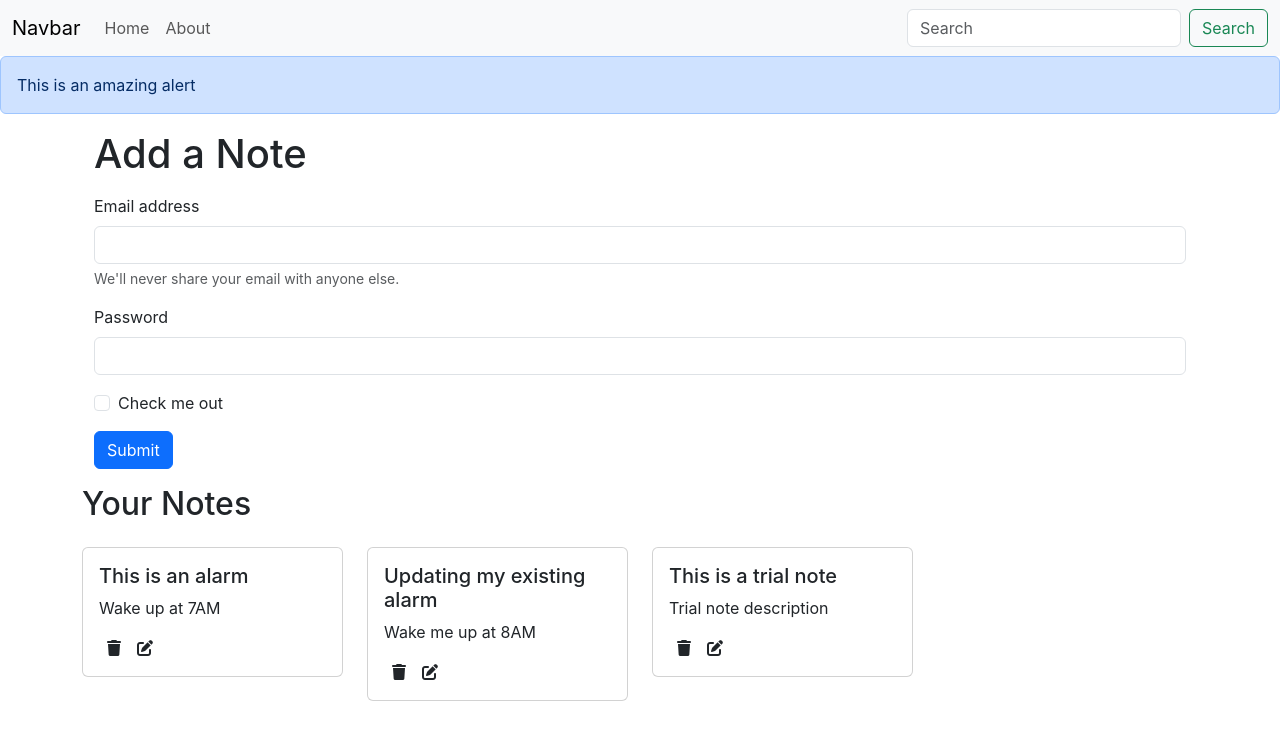
Repository: bhaveshdaipuria/inotebook
Page: /home
An editor plug-in stored every save of this project. The page is shown before and after the next save, followed by the edit.
The browser window is 1280 px wide. The pictures show the whole page.
Some web libraries are served in a nearby version. The project was rebuilt for these pictures with package versions that can differ from the ones it lists, and the page was loaded fresh each time. Also part of the build but not shown: src/App.css, src/components/About.js.

Above is the page before, as saved 2023-05-03 16:36:37.

### public/index.html
<!DOCTYPE html>
<html lang="en">
  <head>
    <meta charset="utf-8" />
    <link rel="icon" href="%PUBLIC_URL%/favicon.ico" />
    <meta name="viewport" content="width=device-width, initial-scale=1" />
    <meta name="theme-color" content="#000000" />
    <meta
      name="description"
      content="Web site created using create-react-app"
    />
    <link rel="apple-touch-icon" href="%PUBLIC_URL%/logo192.png" />
    <link href="https://cdn.jsdelivr.net/npm/bootstrap@5.3.0-alpha3/dist/css/bootstrap.min.css" rel="stylesheet" integrity="sha384-KK94CHFLLe+nY2dmCWGMq91rCGa5gtU4mk92HdvYe+M/SXH301p5ILy+dN9+nJOZ" crossorigin="anonymous">
    <!--
      manifest.json provides metadata used when your web app is installed on a
      user's mobile device or desktop. See https://developers.google.com/web/fundamentals/web-app-manifest/
    -->
    <link rel="manifest" href="%PUBLIC_URL%/manifest.json" />
    <!--
      Notice the use of %PUBLIC_URL% in the tags above.
      It will be replaced with the URL of the `public` folder during the build.
      Only files inside the `public` folder can be referenced from the HTML.

      Unlike "/favicon.ico" or "favicon.ico", "%PUBLIC_URL%/favicon.ico" will
      work correctly both with client-side routing and a non-root public URL.
      Learn how to configure a non-root public URL by running `npm run build`.
    -->
    <title>iNotebook</title>
  </head>
  <body>
    <noscript>You need to enable JavaScript to run this app.</noscript>
    <div id="root"></div>
    <script src="https://kit.fontawesome.com/f3b880b74e.js" crossorigin="anonymous"></script>
    <!--
      This HTML file is a template.
      If you open it directly in the browser, you will see an empty page.

      You can add webfonts, meta tags, or analytics to this file.
      The build step will place the bundled scripts into the <body> tag.

      To begin the development, run `npm start` or `yarn start`.
      To create a production bundle, use `npm run build` or `yarn build`.
    -->
  </body>
  <script src="https://cdn.jsdelivr.net/npm/bootstrap@5.3.0-alpha3/dist/js/bootstrap.bundle.min.js" integrity="sha384-ENjdO4Dr2bkBIFxQpeoTz1HIcje39Wm4jDKdf19U8gI4ddQ3GYNS7NTKfAdVQSZe" crossorigin="anonymous"></script>
</html>

### src/App.js
import './App.css';
import Navbar from './components/Navbar';
import Home  from './components/Home';
import { BrowserRouter, Routes, Route } from 'react-router-dom';
import About from './components/About';
import NoteState from './context/notes/NoteState';
import Alert from './components/Alert';

function App() {
  return (
    <>
    <NoteState>
    <BrowserRouter>
    <Navbar/>
    <Alert message="This is an amazing alert"/>
    <div className='container'>
      <Routes>
      <Route exact path = '/home' element={<Home/>}/>
      <Route exact path = '/about' element={<About/>}/>
    </Routes>
    </div>
    </BrowserRouter>
    </NoteState>
    </>
  );
}

export default App;

### src/components/Navbar.js
import React, { useEffect } from "react";
import { Link, useLocation } from "react-router-dom";

function Navbar() {
  let location = useLocation();
  useEffect(()=>{
    console.log(location.pathname)
  }, [location]);
  return (
    <nav className="navbar navbar-expand-lg bg-body-tertiary">
      <div className="container-fluid">
        <Link className="navbar-brand" to="/">
          Navbar
        </Link>
        <button
          className="navbar-toggler"
          type="button"
          data-bs-toggle="collapse"
          data-bs-target="#navbarSupportedContent"
          _aria-controls="navbarSupportedContent"
          aria-expanded="false"
          aria-label="Toggle navigation"
        >
          <span className="navbar-toggler-icon"></span>
        </button>
        <div className="collapse navbar-collapse" id="navbarSupportedContent">
          <ul className="navbar-nav me-auto mb-2 mb-lg-0">
            <li className="nav-item">
              <Link className={`nav-link ${location.pathname === '/'?"active":""}`} aria-current="page" to="/home">
                Home
              </Link>
            </li>
            <li className="nav-item">
              <Link className={`nav-link ${location.pathname === '/about'?"active":""}`} to="/about">
                About
              </Link>
            </li>
          </ul>
          <form className="d-flex" role="search">
            <input
              className="form-control me-2"
              type="search"
              placeholder="Search"
              aria-label="Search"
            />
            <button className="btn btn-outline-success" type="submit">
              Search
            </button>
          </form>
        </div>
      </div>
    </nav>
  );
}

export default Navbar;

### src/components/Home.js
import React from 'react';
import Notes from './Notes';

function Home() {
  return (
    <div>
    <div className='container my-3'>
    <h1>Add a Note</h1>
    <form className='my-3'>
  <div className="mb-3">
    <label for="exampleInputEmail1" className="form-label">Email address</label>
    <input type="email" className="form-control" id="exampleInputEmail1" aria-describedby="emailHelp"/>
    <div id="emailHelp" className="form-text">We'll never share your email with anyone else.</div>
  </div>
  <div className="mb-3">
    <label for="exampleInputPassword1" className="form-label">Password</label>
    <input type="password" className="form-control" id="exampleInputPassword1"/>
  </div>
  <div className="mb-3 form-check">
    <input type="checkbox" className="form-check-input" id="exampleCheck1"/>
    <label className="form-check-label" for="exampleCheck1">Check me out</label>
  </div>
  <button type="submit" className="btn btn-primary">Submit</button>
</form>
</div>
<Notes/>
</div>
  )
}

export default Home;

### src/context/notes/NoteState.js
import NoteContext from "./noteContext";
import { useState } from "react";

const  NoteState = (props)=>{
    const notesInitial = [
        {
          "_id": "644f7e8be617961a0e690ce2",
          "user": "644f7d94e617961a0e690ccc",
          "title": "This is an alarm",
          "description": "Wake up at 7AM",
          "tag": "General",
          "date": "2023-05-01T08:55:39.717Z",
          "__v": 0
        },
        {
          "_id": "644f7ea9e617961a0e690ce5",
          "user": "644f7d94e617961a0e690ccc",
          "title": "Updating my existing alarm",
          "description": "Wake me up at 8AM",
          "tag": "Updated Alarm",
          "date": "2023-05-01T08:56:09.511Z",
          "__v": 0
        },
        {
          "_id": "644f8271f19dd960cfe94ffd",
          "user": "644f7d94e617961a0e690ccc",
          "title": "This is a trial note",
          "description": "Trial note description",
          "tag": "General",
          "date": "2023-05-01T09:12:17.622Z",
          "__v": 0
        }
      ]
      const [notes, setNotes] = useState(notesInitial)
    return(
        <NoteContext.Provider value={{notes, setNotes}}>
            {props.children}
        </NoteContext.Provider>
    )
}

export default NoteState;

### src/components/Alert.js
import React from "react";

function Alert({message}) {
  return (
    <div>
      <div class="alert alert-primary" role="alert">
        {message}
      </div>
    </div>
  );
}

export default Alert;

### src/components/Notes.js
import React, { useContext } from "react";
import noteContext from "../context/notes/noteContext";
import NoteItem from "./NoteItem";

function Notes() {
  const context = useContext(noteContext);
  const { notes, addNote } = context;
  return (
    <div class="row my-3">
      <h2>Your Notes</h2>
      {notes.map((note) => {
        return <NoteItem title={note.title} description={note.description} />;
      })}
    </div>
  );
}

export default Notes;

### src/components/NoteItem.js
import React from 'react'

function NoteItem({title, description}) {
  return (
    <div className='col-sm-3'>
    <div className='card my-3'>
        <div className='card-body'>
            <h5 className='card-title'>{title}</h5>
            <p className='card-text'>{description}</p>
            <i class="fa-sharp fa-solid fa-trash mx-2"></i>
            <i class="fa-solid fa-pen-to-square mx-2"></i>
        </div>
    </div>
    </div>
  )
}

export default NoteItem;

### src/components/AddNote.js
import React from "react";

function AddNote() {
  return (
    <div className="container my-3">
      <h1>Add a Note</h1>
      <form className="my-3">
        <div className="mb-3">
          <label for="exampleInputEmail1" className="form-label">
            Email address
          </label>
          <input
            type="email"
            className="form-control"
            id="exampleInputEmail1"
            aria-describedby="emailHelp"
          />
          <div id="emailHelp" className="form-text">
            We'll never share your email with anyone else.
          </div>
        </div>
        <div className="mb-3">
          <label for="exampleInputPassword1" className="form-label">
            Password
          </label>
          <input
            type="password"
            className="form-control"
            id="exampleInputPassword1"
          />
        </div>
        <div className="mb-3 form-check">
          <input
            type="checkbox"
            className="form-check-input"
            id="exampleCheck1"
          />
          <label className="form-check-label" for="exampleCheck1">
            Check me out
          </label>
        </div>
        <button type="submit" className="btn btn-primary">
          Submit
        </button>
      </form>
    </div>
  );
}

export default AddNote;

Loaded but not shown: src/index.js (common file); src/index.css (common file); src/context/notes/noteContext.js (common file)

After the next save:
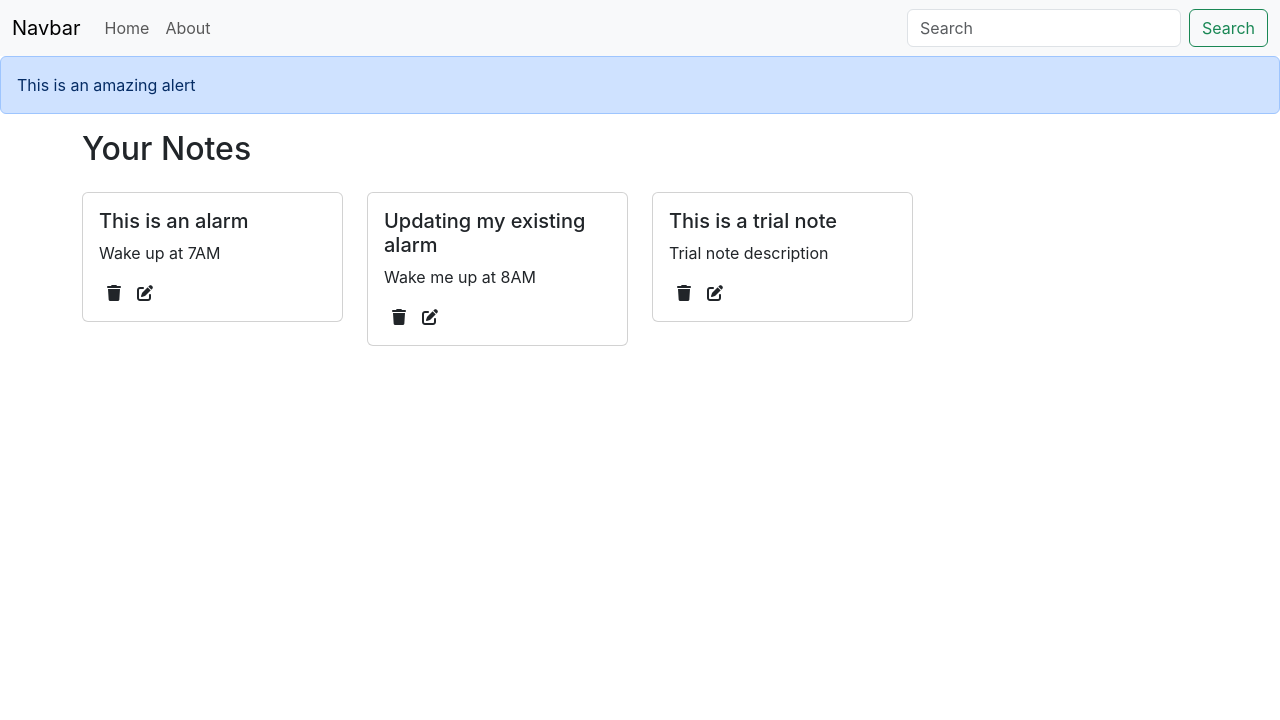
Saved 13 s later.
--- a/src/components/Home.js
+++ b/src/components/Home.js
@@ -1,31 +1,12 @@
-import React from 'react';
-import Notes from './Notes';
+import React from "react";
+import Notes from "./Notes";
 
 function Home() {
   return (
     <div>
-    <div className='container my-3'>
-    <h1>Add a Note</h1>
-    <form className='my-3'>
-  <div className="mb-3">
-    <label for="exampleInputEmail1" className="form-label">Email address</label>
-    <input type="email" className="form-control" id="exampleInputEmail1" aria-describedby="emailHelp"/>
-    <div id="emailHelp" className="form-text">We'll never share your email with anyone else.</div>
-  </div>
-  <div className="mb-3">
-    <label for="exampleInputPassword1" className="form-label">Password</label>
-    <input type="password" className="form-control" id="exampleInputPassword1"/>
-  </div>
-  <div className="mb-3 form-check">
-    <input type="checkbox" className="form-check-input" id="exampleCheck1"/>
-    <label className="form-check-label" for="exampleCheck1">Check me out</label>
-  </div>
-  <button type="submit" className="btn btn-primary">Submit</button>
-</form>
-</div>
-<Notes/>
-</div>
-  )
+      <Notes />
+    </div>
+  );
 }
 
 export default Home;

After the save that followed:
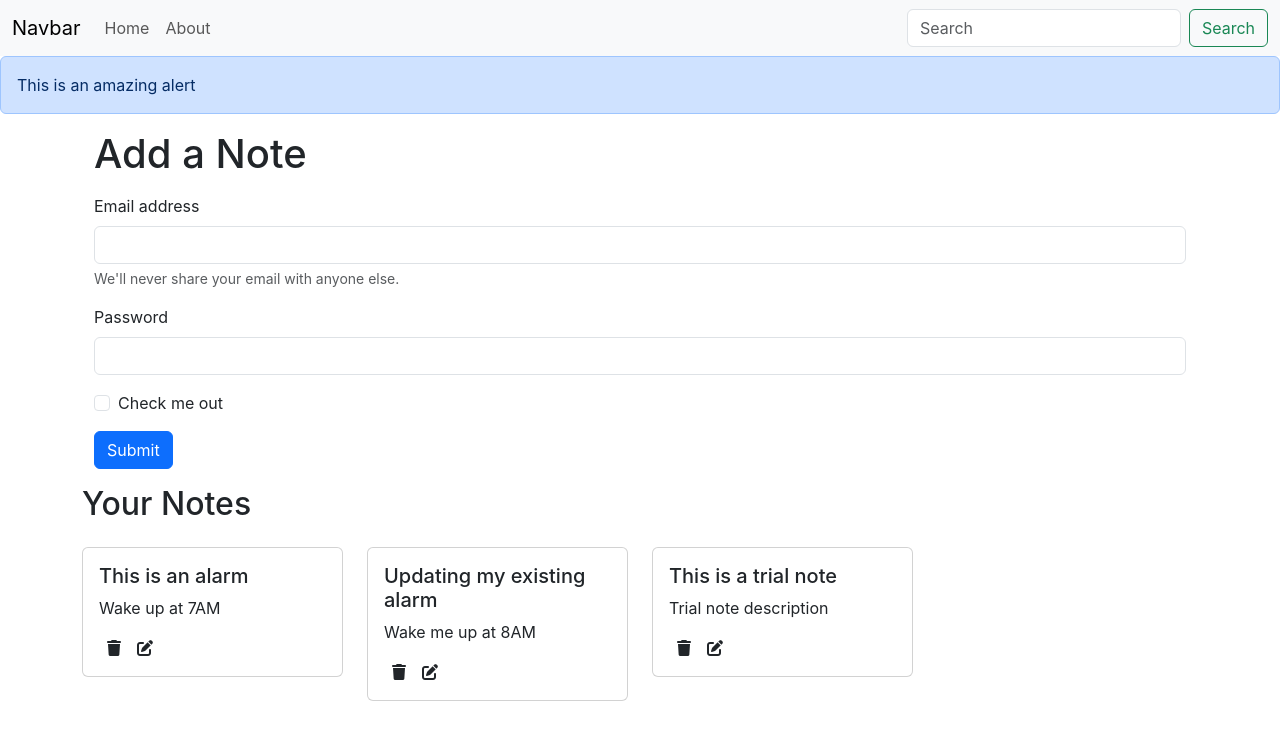
Saved 60 s later.
--- a/src/components/Notes.js
+++ b/src/components/Notes.js
@@ -1,17 +1,21 @@
 import React, { useContext } from "react";
 import noteContext from "../context/notes/noteContext";
 import NoteItem from "./NoteItem";
+import AddNote from "./AddNote";
 
 function Notes() {
   const context = useContext(noteContext);
   const { notes, addNote } = context;
   return (
+    <>
+    <AddNote/>
     <div class="row my-3">
       <h2>Your Notes</h2>
       {notes.map((note) => {
         return <NoteItem title={note.title} description={note.description} />;
       })}
     </div>
+    </>
   );
 }
 
